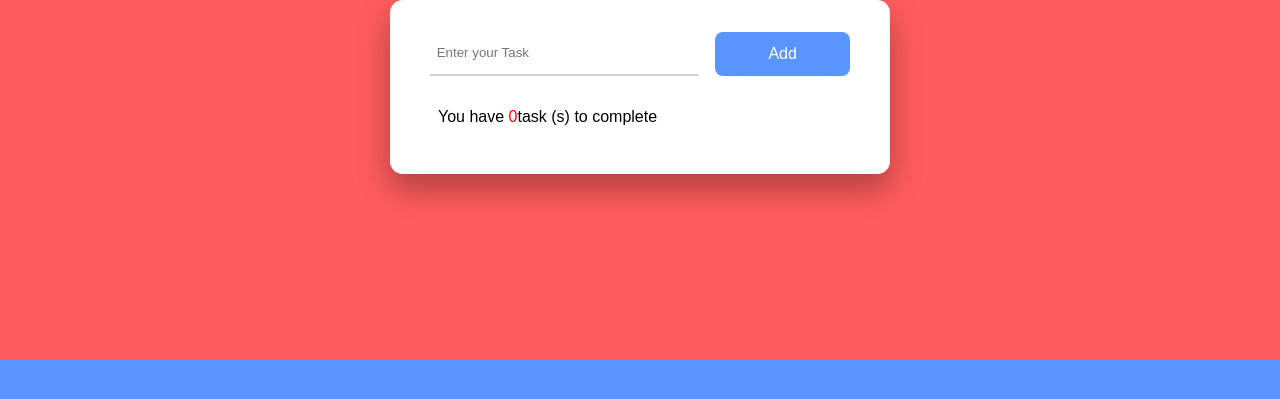
Repository: JunaidAnsari202/Todo-List
Page: index.html
These files come from the project's save history. The page is drawn as it stood at one moment and after a run of saves; the edit follows.
The browser window is 1280 px wide. The pictures show the whole page.
Some web libraries are served in a nearby version.

Above is the page before, as saved 2023-10-30 22:56:08.

After the next 4 saves:
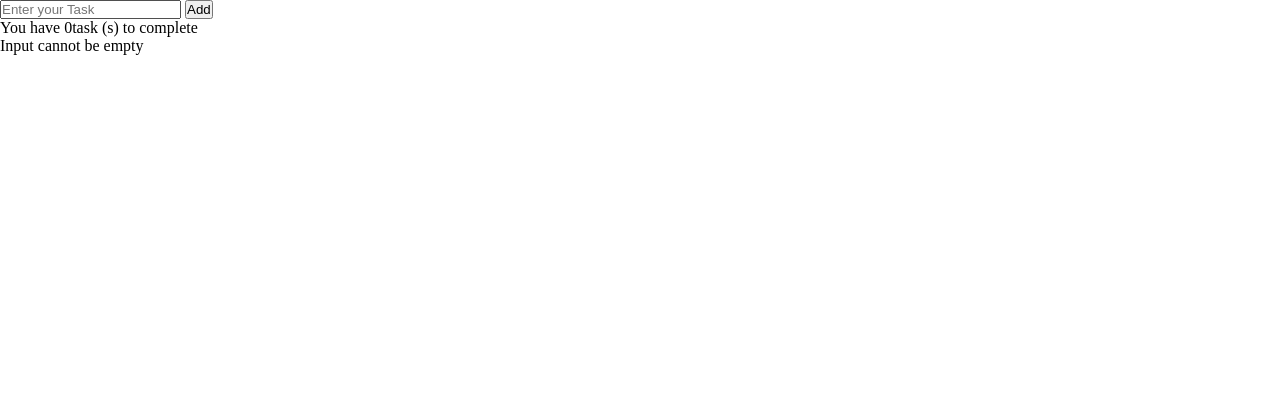
The 4 saves are shown as one change because they came seconds apart.
The last was saved 19 h 19 min later.
--- a/style.css
+++ b/style.css
@@ -6,7 +6,8 @@
 
 body{
     height: 100vh;
-    background: linear-gradient(#ff5c5c 50%,#5a95ff 50%);
+    background:
+    background: linear-gradient(#ff5c5c
     /* background-image: url(img/pic.avif); */
 }
 
